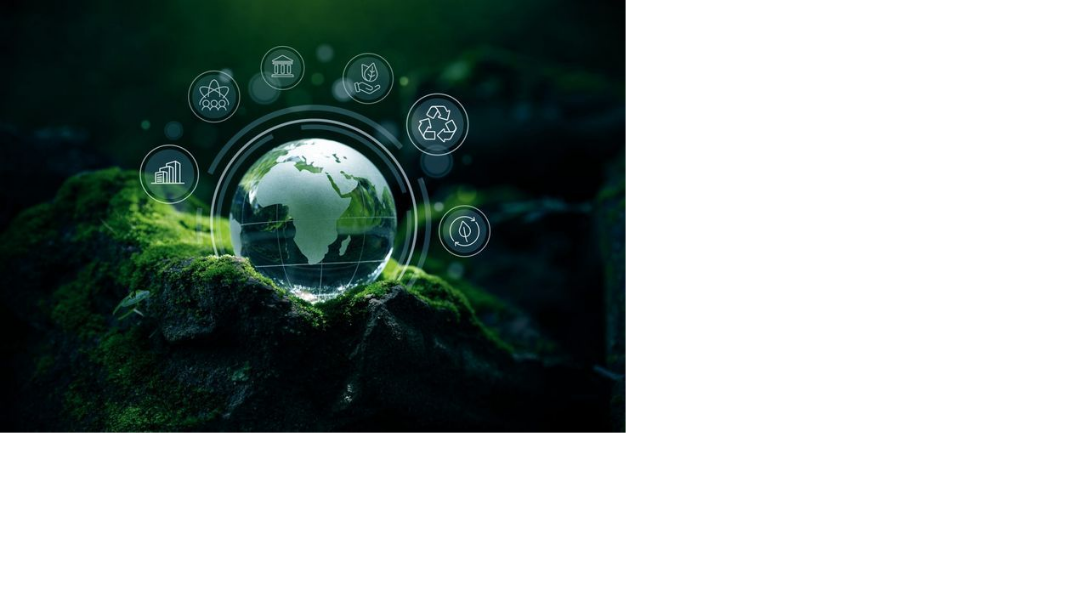
Repository: Aakriti37/FYP-SustainableLivingTracker
Page: /register (app in frontend/)
These files come from the project's save history. The page is drawn as it stood at one moment and after the next save; the edit follows.
The browser window is 1280 px wide. The pictures show the whole page, at 85% of full size.
The project was rebuilt for these pictures with package versions that can differ from the ones it lists, and the page was loaded fresh each time. Also part of the build but not shown: frontend/vite.config.ts, frontend/src/components/header.tsx, frontend/src/pages/LandingPage.tsx, frontend/src/pages/Authentication/Login.tsx.

Above is the page before, as saved 2025-12-27 22:49:10.

### frontend/src/App.tsx
import { BrowserRouter, Routes, Route, Navigate } from "react-router-dom";
import LandingPage from "./pages/LandingPage";
import Login from "./pages/Authentication/Login";
import Register from "./pages/Authentication/Register";

const App = () => {
  return (
    <BrowserRouter>
      <Routes>
        <Route path="/" element={<LandingPage />} />
        <Route path="/login" element={<Login />} />
        <Route path="/register" element={<Register />} />

        <Route path="*" element={<Navigate to="/" />} />

      </Routes>
    </BrowserRouter>
  )
}

export default App;

### frontend/src/pages/Authentication/Register.tsx

import { RegisterBg, Logo } from "../../components/TS/Images"


const Register = () => {
  return (

    <div className='relative h-screen w-full'>


      <img
      src={RegisterBg}
      alt='Background Image'
      className='h-screen w-full object-cover' />

      <div className='absolute inset-0 bg-white opacity-30'></div>

      {/* <div className='absolute inset-0 flex flex-col items-center justify-center z-10 p-4'>

        <img
        src={Logo}
        alt='Profile'
        className='w-24 h-24 rounded-full mb-4 border-4 border-purple-400 object-cover' />

        <h2 className='text-white text-2xl font-normal font-roboto mb-5'>Tania Andrew</h2>

        <input
        type='password'
        placeholder='Enter Password'
        className='px-4 py-2 rounded-lg mb-10 w-full max-w-xs bg-white bg-opacity-80 focus:outline-none focus:ring-2 focus:ring-purple-400' />

        <button className='bg-cyan-400 text-white px-8 py-2 rounded-lg font-medium hover:bg-cyan-500 transition'>
          Unlock
        </button>

      </div> */}

    </div>
  )
}

export default Register

### frontend/src/components/TS/Images.ts

export { default as LoginBg } from "../../assets/LoginBg.jpg";
export { default as RegisterBg } from "../../assets/RegisterBg.jpg";
export { default as Logo } from "../../assets/GreenLeafLogo.png";
export { default as WhiteLogo } from "../../assets/White Logo.png";

Loaded but not shown: frontend/index.html (common file); frontend/src/main.tsx (common file); frontend/src/index.css (common file)

After the next save:
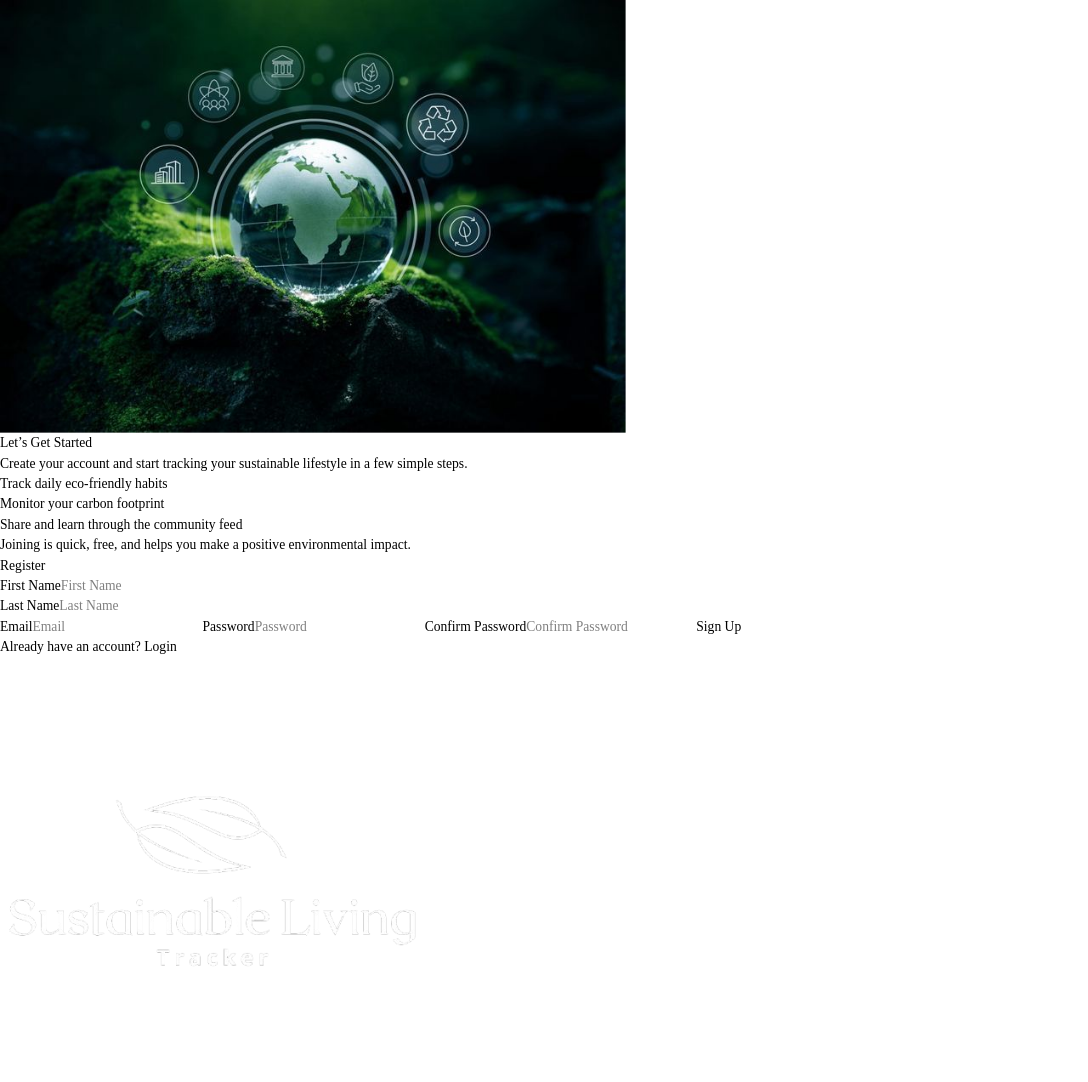
Saved 11 min 58 s later.
--- a/frontend/src/pages/Authentication/Register.tsx
+++ b/frontend/src/pages/Authentication/Register.tsx
@@ -1,42 +1,103 @@
-
-import { RegisterBg, Logo } from "../../components/TS/Images"
-
+import { RegisterBg, WhiteLogo } from "../../components/TS/Images";
 
 const Register = () => {
   return (
+    <div className="relative h-screen w-full">
+      {/* Background Image */}
+      <img
+        src={RegisterBg}
+        alt="Background Image"
+        className="h-screen w-full object-cover"
+      />
 
-    <div className='relative h-screen w-full'>
+      {/* Dark Green Transparent Overlay */}
+      <div className="absolute inset-0 flex items-center justify-center">
+        <div className="bg-green-900/70 rounded-2xl p-8 w-full max-w-6xl flex flex-col md:flex-row gap-8">
 
+          {/* Left Side - Info */}
+          <div className="text-white flex-1 space-y-4">
+            <h2 className="text-3xl font-bold">Let’s Get Started</h2>
+            <p>Create your account and start tracking your sustainable lifestyle in a few simple steps.</p>
 
+            <ul className="list-disc list-inside space-y-2">
+              <li>Track daily eco-friendly habits</li>
+              <li>Monitor your carbon footprint</li>
+              <li>Share and learn through the community feed</li>
+            </ul>
+
+            <p>Joining is quick, free, and helps you make a positive environmental impact.</p>
+          </div>
+
+          {/* Right Side - Registration Form */}
+          <div className="bg-white/20 backdrop-blur-md rounded-xl p-8 flex-1">
+            <h2 className="text-[#f9fdf5] text-2xl font-bold mb-6 text-center">Register</h2>
+
+            <form className="flex flex-col gap-4">
+              <div className="flex gap-4">
+                <div className="flex-1">
+                  <label className="text-white text-sm">First Name</label>
+                  <input
+                    type="text"
+                    placeholder="First Name"
+                    className="p-3 rounded-md bg-white/30 placeholder-white text-white w-full focus:outline-none focus:ring-2 focus:ring-green-500"
+                  />
+                </div>
+
+                <div className="flex-1">
+                  <label className="text-white text-sm">Last Name</label>
+                  <input
+                    type="text"
+                    placeholder="Last Name"
+                    className="p-3 rounded-md bg-white/30 placeholder-white text-white w-full focus:outline-none focus:ring-2 focus:ring-green-500"
+                  />
+                </div>
+              </div>
+
+              <label className="text-white text-sm">Email</label>
+              <input
+                type="email"
+                placeholder="Email"
+                className="p-3 rounded-md bg-white/30 placeholder-white text-white focus:outline-none focus:ring-2 focus:ring-green-500"
+              />
+
+              <label className="text-white text-sm">Password</label>
+              <input
+                type="password"
+                placeholder="Password"
+                className="p-3 rounded-md bg-white/30 placeholder-white text-white focus:outline-none focus:ring-2 focus:ring-green-500"
+              />
+
+              <label className="text-white text-sm">Confirm Password</label>
+              <input
+                type="password"
+                placeholder="Confirm Password"
+                className="p-3 rounded-md bg-white/30 placeholder-white text-white focus:outline-none focus:ring-2 focus:ring-green-500"
+              />
+
+              <button
+                type="submit"
+                className="bg-[#325D05] hover:bg-[#417905] transition-colors text-white p-3 rounded-md mt-2 cursor-pointer"
+              >
+                Sign Up
+              </button>
+
+              <p className="text-sm text-center text-[#f9fdf5] mt-2">
+                Already have an account? <span className="font-bold cursor-pointer text-[#1b3302]">Login</span>
+              </p>
+            </form>
+          </div>
+
+        </div>
+      </div>
+
+      {/* Logo */}
       <img
-      src={RegisterBg}
-      alt='Background Image'
-      className='h-screen w-full object-cover' />
+        src={WhiteLogo}
+        alt="Logo"
+        className="absolute top-1 left-4 w-32 sm:w-40"
+      />
+    </div>
+  );
+};
 
-      <div className='absolute inset-0 bg-white opacity-30'></div>
-
-      {/* <div className='absolute inset-0 flex flex-col items-center justify-center z-10 p-4'>
-
-        <img
-        src={Logo}
-        alt='Profile'
-        className='w-24 h-24 rounded-full mb-4 border-4 border-purple-400 object-cover' />
-
-        <h2 className='text-white text-2xl font-normal font-roboto mb-5'>Tania Andrew</h2>
-
-        <input
-        type='password'
-        placeholder='Enter Password'
-        className='px-4 py-2 rounded-lg mb-10 w-full max-w-xs bg-white bg-opacity-80 focus:outline-none focus:ring-2 focus:ring-purple-400' />
-
-        <button className='bg-cyan-400 text-white px-8 py-2 rounded-lg font-medium hover:bg-cyan-500 transition'>
-          Unlock
-        </button>
-
-      </div> */}
-
-    </div>
-  )
-}
-
-export default Register
+export default Register;
